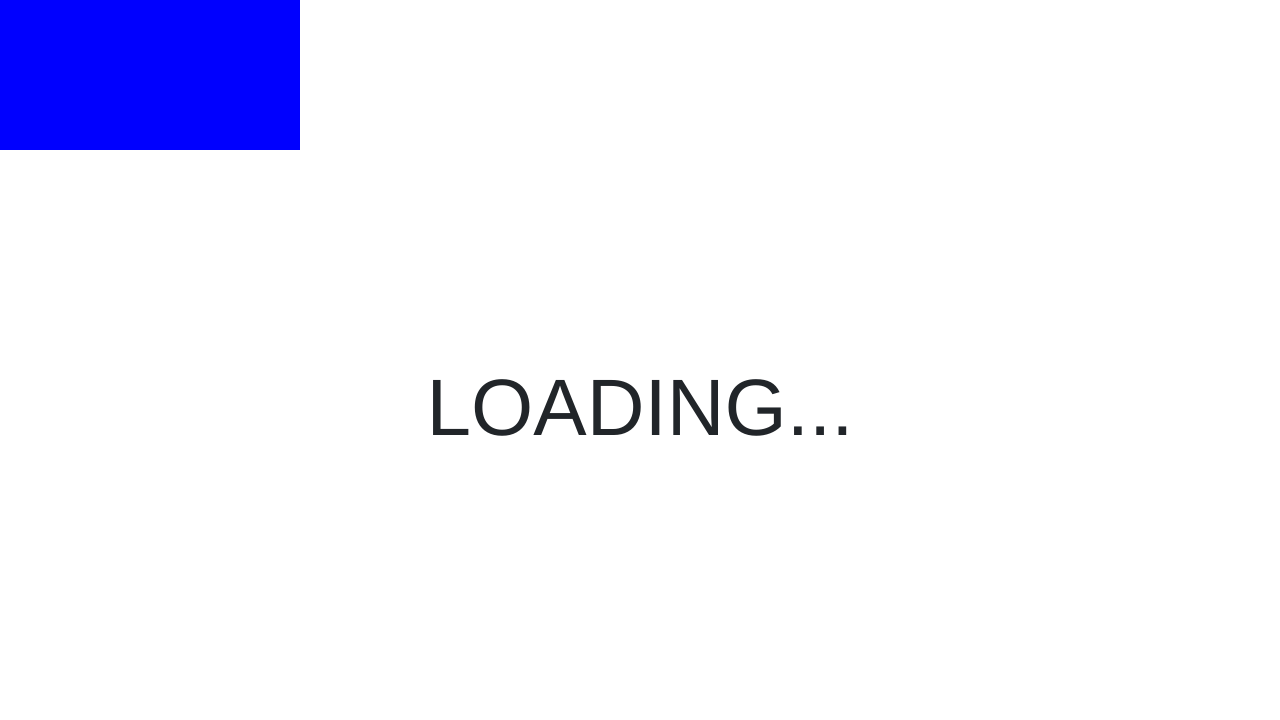
Repository: nlbien22/games
Page: WinEarBird/index.html
An editor plug-in stored every save of this project. The page is shown before and after the next save, followed by the edit.
The browser window is 1280 px wide. The pictures show the whole page.

Above is the page before, as saved 2024-11-14 23:33:30.
Console error (its wording comes from the project's code and is left out).

After the next save:
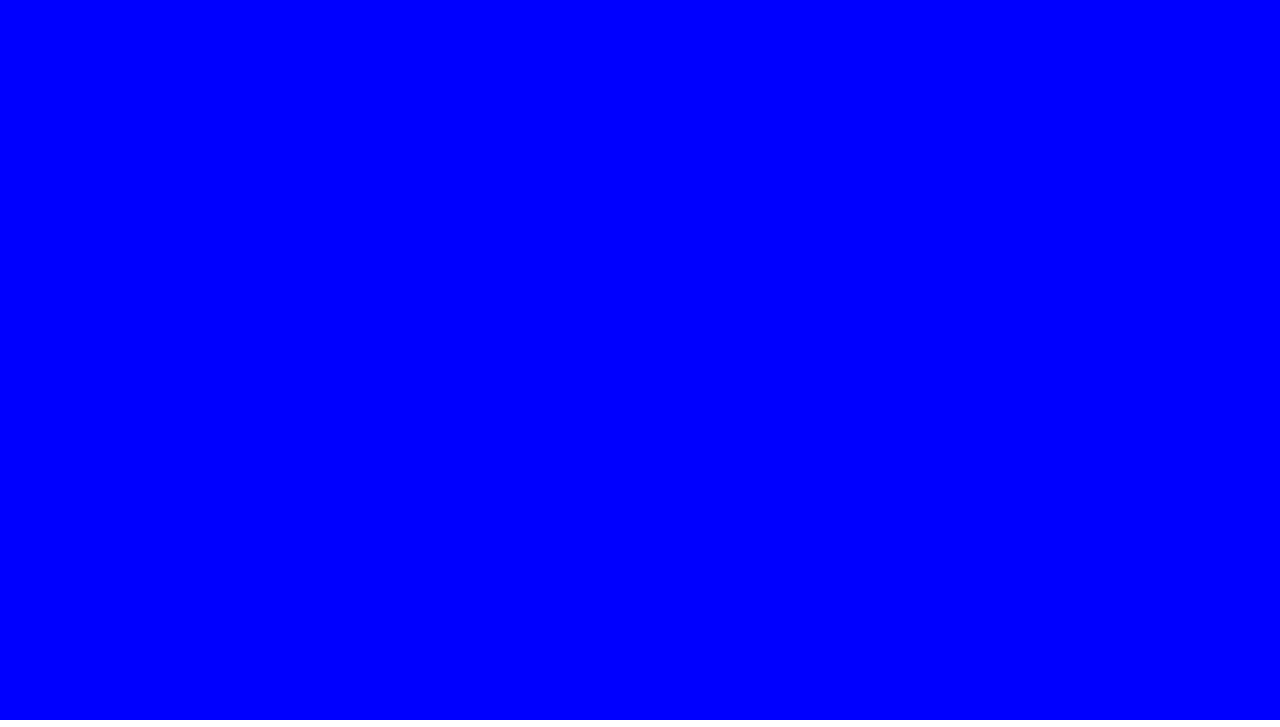
The error is gone.
Saved 6 s later.
--- a/WinEarBird/script.js
+++ b/WinEarBird/script.js
@@ -1,4 +1,4 @@
-import {Player} from "./player.js";
+import Player from "./player.js";
 
 window.addEventListener('load', function() {
     const loading = document.getElementById('loading');
